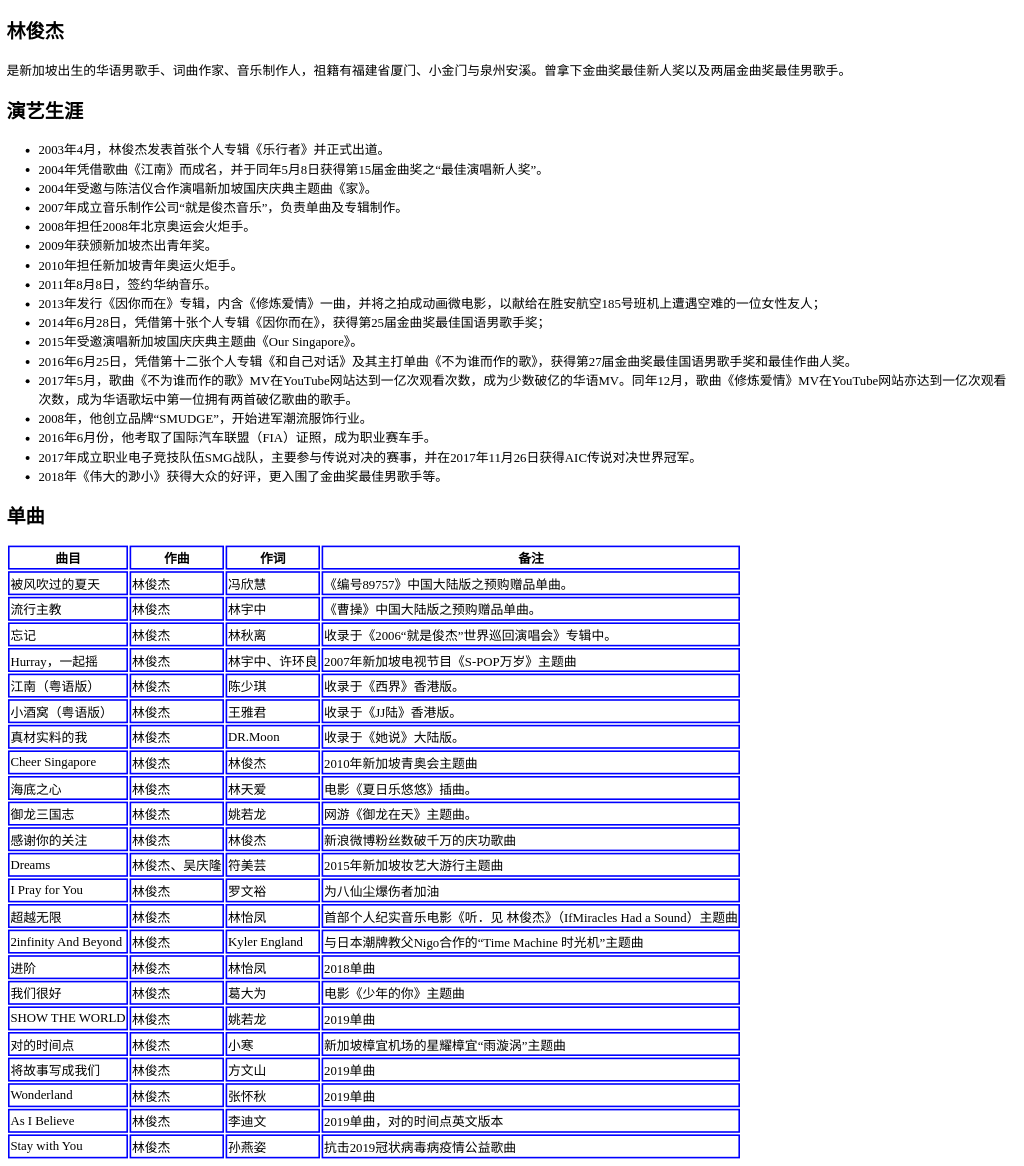
Repository: chenguocan/html_work
Page: html_work.html
An editor plug-in stored every save of this project. The page is shown before and after the next save, followed by the edit.
The browser window is 1280 px wide. The pictures show the whole page, at 80% of full size.

Above is the page before, as saved 2020-06-26 10:13:07.

### html_work.html
<!DOCTYPE html>
<html lang="zh-CN">
  <head>
    <meta charset="UTF-8" />
    <meta
      name="viewport"
      content="width=device-width, initial-scale=1.0, minimum-scale=1.0, maximum-scale=1.0, user-scalable=no"
    />
    <title>Document</title>
    <style>
      table {
        table-layout: fixed;
      }
      td,
      th {
        border: 2px solid blue;
        border-collapse: collapse;
        border-spacing: 0;
      }
    </style>
  </head>
  <body>
    <section>
      <h1>林俊杰</h1>
      <p>
        是新加坡出生的华语男歌手、词曲作家、音乐制作人，祖籍有福建省厦门、小金门与泉州安溪。曾拿下金曲奖最佳新人奖以及两届金曲奖最佳男歌手。
      </p>
      <h2>演艺生涯</h2>
      <ul>
        <li>2003年4月，林俊杰发表首张个人专辑《乐行者》并正式出道。</li>
        <li>
          2004年凭借歌曲《江南》而成名，并于同年5月8日获得第15届金曲奖之“最佳演唱新人奖”。
        </li>
        <li>2004年受邀与陈洁仪合作演唱新加坡国庆庆典主题曲《家》。</li>
        <li>2007年成立音乐制作公司“就是俊杰音乐”，负责单曲及专辑制作。</li>
        <li>2008年担任2008年北京奥运会火炬手。</li>
        <li>2009年获颁新加坡杰出青年奖。</li>
        <li>2010年担任新加坡青年奥运火炬手。</li>
        <li>2011年8月8日，签约华纳音乐。</li>
        <li>
          2013年发行《因你而在》专辑，内含《修炼爱情》一曲，并将之拍成动画微电影，以献给在胜安航空185号班机上遭遇空难的一位女性友人；
        </li>
        <li>
          2014年6月28日，凭借第十张个人专辑《因你而在》，获得第25届金曲奖最佳国语男歌手奖；
        </li>
        <li>2015年受邀演唱新加坡国庆庆典主题曲《Our Singapore》。</li>
        <li>
          2016年6月25日，凭借第十二张个人专辑《和自己对话》及其主打单曲《不为谁而作的歌》，获得第27届金曲奖最佳国语男歌手奖和最佳作曲人奖。
        </li>
        <li>
          2017年5月，歌曲《不为谁而作的歌》MV在YouTube网站达到一亿次观看次数，成为少数破亿的华语MV。同年12月，歌曲《修炼爱情》MV在YouTube网站亦达到一亿次观看次数，成为华语歌坛中第一位拥有两首破亿歌曲的歌手。
        </li>
        <li>2008年，他创立品牌“SMUDGE”，开始进军潮流服饰行业。</li>
        <li>2016年6月份，他考取了国际汽车联盟（FIA）证照，成为职业赛车手。</li>
        <li>
          2017年成立职业电子竞技队伍SMG战队，主要参与传说对决的赛事，并在2017年11月26日获得AIC传说对决世界冠军。
        </li>
        <li>
          2018年《伟大的渺小》获得大众的好评，更入围了金曲奖最佳男歌手等。
        </li>
      </ul>
      <h2>单曲</h2>
      <table>
        <thead>
          <tr>
            <th>曲目</th>
            <th>作曲</th>
            <th>作词</th>
            <th>备注</th>
          </tr>
        </thead>
        <tbody>
          <tr>
            <td>被风吹过的夏天</td>
            <td>林俊杰</td>
            <td>冯欣慧</td>
            <td>《编号89757》中国大陆版之预购赠品单曲。</td>
          </tr>
          <tr>
            <td>流行主教</td>
            <td>林俊杰</td>
            <td>林宇中</td>
            <td>《曹操》中国大陆版之预购赠品单曲。</td>
          </tr>

          <tr>
            <td>忘记</td>
            <td>林俊杰</td>
            <td>林秋离</td>
            <td>收录于《2006“就是俊杰”世界巡回演唱会》专辑中。</td>
          </tr>
          <tr>
            <td>Hurray，一起摇</td>
            <td>林俊杰</td>
            <td>林宇中、许环良</td>
            <td>2007年新加坡电视节目《S-POP万岁》主题曲</td>
          </tr>
          <tr>
            <td>江南（粤语版）</td>
            <td>林俊杰</td>
            <td>陈少琪</td>
            <td>收录于《西界》香港版。</td>
          </tr>
          <tr>
            <td>小酒窝（粤语版）</td>
            <td>林俊杰</td>
            <td>王雅君</td>
            <td>收录于《JJ陆》香港版。</td>
          </tr>
          <tr>
            <td>真材实料的我</td>
            <td>林俊杰</td>
            <td>DR.Moon</td>
            <td>收录于《她说》大陆版。</td>
          </tr>
          <tr>
            <td>Cheer Singapore</td>
            <td>林俊杰</td>
            <td>林俊杰</td>
            <td>2010年新加坡青奥会主题曲</td>
          </tr>
          <tr>
            <td>海底之心</td>
            <td>林俊杰</td>
            <td>林天爱</td>
            <td>电影《夏日乐悠悠》插曲。</td>
          </tr>
          <tr>
            <td>御龙三国志</td>
            <td>林俊杰</td>
            <td>姚若龙</td>
            <td>网游《御龙在天》主题曲。</td>
          </tr>
          <tr>
            <td>感谢你的关注</td>
            <td>林俊杰</td>
            <td>林俊杰</td>
            <td>新浪微博粉丝数破千万的庆功歌曲</td>
          </tr>
          <tr>
            <td>Dreams</td>
            <td>林俊杰、吴庆隆</td>
            <td>符美芸</td>
            <td>2015年新加坡妆艺大游行主题曲</td>
          </tr>
          <tr>
            <td>I Pray for You</td>
            <td>林俊杰</td>
            <td>罗文裕</td>
            <td>为八仙尘爆伤者加油</td>
          </tr>
          <tr>
            <td>超越无限</td>
            <td>林俊杰</td>
            <td>林怡凤</td>
            <td>
              首部个人纪实音乐电影《听．见 林俊杰》（IfMiracles Had a
              Sound）主题曲
            </td>
          </tr>
          <tr>
            <td>2infinity And Beyond</td>
            <td>林俊杰</td>
            <td>Kyler England</td>
            <td>与日本潮牌教父Nigo合作的“Time Machine 时光机”主题曲</td>
          </tr>
          <tr>
            <td>进阶</td>
            <td>林俊杰</td>
            <td>林怡凤</td>
            <td>2018单曲</td>
          </tr>
          <tr>
            <td>我们很好</td>
            <td>林俊杰</td>
            <td>葛大为</td>
            <td>电影《少年的你》主题曲</td>
          </tr>
          <tr>
            <td>SHOW THE WORLD</td>
            <td>林俊杰</td>
            <td>姚若龙</td>
            <td>2019单曲</td>
          </tr>
          <tr>
            <td>对的时间点</td>
            <td>林俊杰</td>
            <td>小寒</td>
            <td>新加坡樟宜机场的星耀樟宜“雨漩涡”主题曲</td>
          </tr>
          <tr>
            <td>将故事写成我们</td>
            <td>林俊杰</td>
            <td>方文山</td>
            <td>2019单曲</td>
          </tr>
          <tr>
            <td>Wonderland</td>
            <td>林俊杰</td>
            <td>张怀秋</td>
            <td>2019单曲</td>
          </tr>
          <tr>
            <td>As I Believe</td>
            <td>林俊杰</td>
            <td>李迪文</td>
            <td>2019单曲，对的时间点英文版本</td>
          </tr>
          <tr>
            <td>Stay with You</td>
            <td>林俊杰</td>
            <td>孙燕姿</td>
            <td>抗击2019冠状病毒病疫情公益歌曲</td>
          </tr>
        </tbody>
      </table>
    </section>
  </body>
</html>

After the next save:
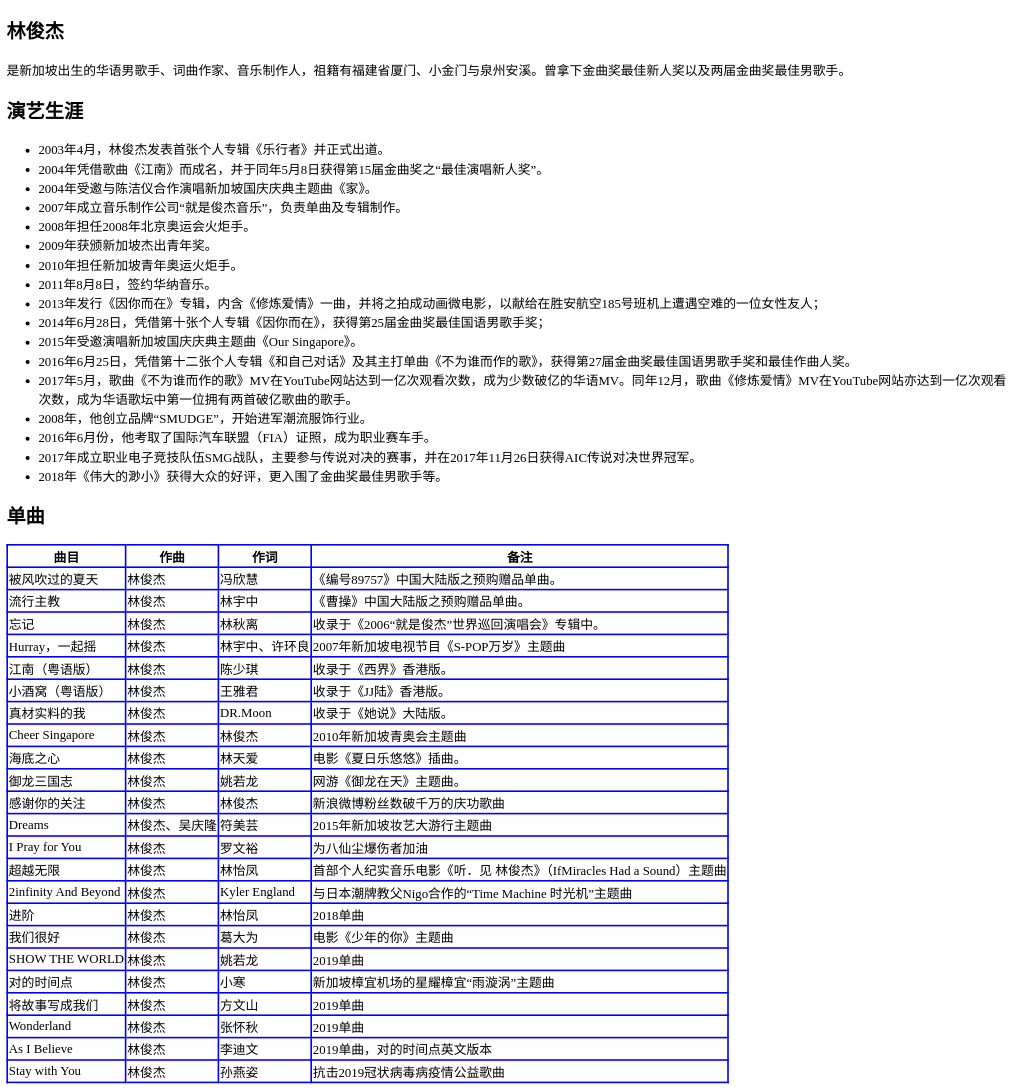
Saved 6 s later.
--- a/html_work.html
+++ b/html_work.html
@@ -10,12 +10,12 @@
     <style>
       table {
         table-layout: fixed;
+        border-collapse: collapse;
+        border-spacing: 0;
       }
       td,
       th {
         border: 2px solid blue;
-        border-collapse: collapse;
-        border-spacing: 0;
       }
     </style>
   </head>
